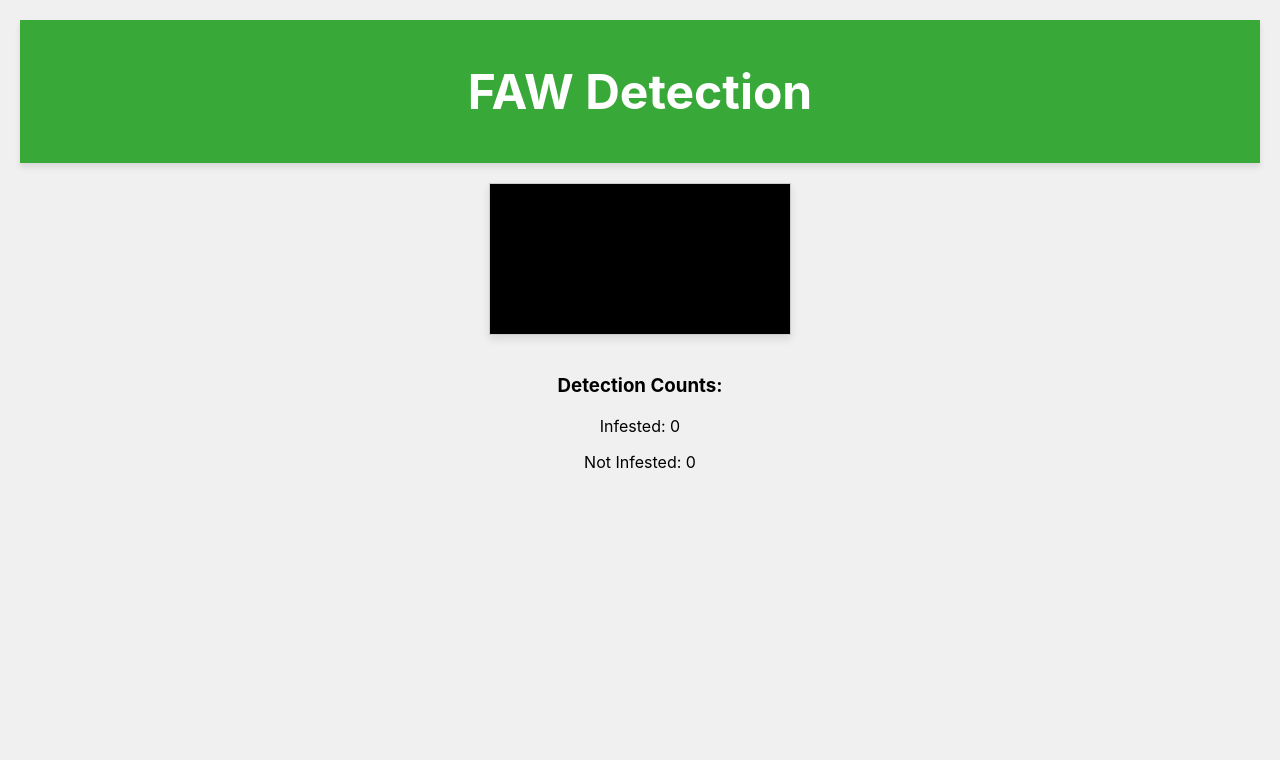
Repository: jansen223/faw-detection-main
Page: /
These files come from the project's save history. The page is drawn as it stood at one moment and after the next save; the edit follows.
The browser window is 1280 px wide. The pictures show the whole page.
The page's requests for data from a server got no answer. The project was rebuilt for these pictures with package versions that can differ from the ones it lists, and the page was loaded fresh each time. No one was signed in, and anything a server would have sent is missing.

Above is the page before, as saved 2025-04-09 23:43:31.

### public/index.html
<!DOCTYPE html>
<html lang="en">
<head>
  <meta charset="utf-8" />
  <link rel="icon" href="%PUBLIC_URL%/maize_icon.jpg" />
  <meta name="viewport" content="width=device-width, initial-scale=1" />
  <meta name="theme-color" content="#000000" />
  <meta name="description" content="FAW Detection Web Interface" />
  <title>FAW Detection</title>
</head>
<body>
  <noscript>You need to enable JavaScript to run this app.</noscript>
  <div id="root"></div>
</body>
</html>

### src/App.js
import React, { useEffect, useRef } from 'react';
import io from 'socket.io-client';
import './App.css';

function App() {
  const canvasRef = useRef(null);
  const socketRef = useRef(null);
  const [counts, setCounts] = React.useState({ infested: 0, notInfested: 0 });

  useEffect(() => {
    // Connect to Flask server
    socketRef.current = io('http://192.168.0.17:5000');

    // Handle video frames
    socketRef.current.on('video_frame', (data) => {
      console.log('Received video frame:', data);
      const img = new Image();
      img.src = `data:[embedded picture, 38 characters]

      img.onload = () => {
        const canvas = canvasRef.current;
        if (!canvas) {
          console.error('Canvas not found');
          return;
        }
        const ctx = canvas.getContext('2d');
        canvas.width = img.width;
        canvas.height = img.height;
        ctx.drawImage(img, 0, 0);
      };
    });

    // Handle detection counts
    socketRef.current.on('detection_counts', (data) => {
      setCounts({
        infested: data.infested_count,
        notInfested: data.not_infested_count
      });
    });

    return () => {
      if (socketRef.current) socketRef.current.disconnect();
    };
  }, []);

  return (
    <div className="App">
      <header className="App-header">
        <h1>FAW Detection</h1>
      </header>
      <canvas ref={canvasRef} style={{ maxWidth: '100%', border: '1px solid #ccc' }} />
      <div style={{ marginTop: 20 }}>
        <h3>Detection Counts:</h3>
        <p>Infested: {counts.infested}</p>
        <p>Not Infested: {counts.notInfested}</p>
      </div>
    </div>
  );
}

export default App;

### src/App.css
.App {
  text-align: center;
  background-color: #f0f0f0;
  min-height: 100vh;
  display: flex;
  flex-direction: column;
  align-items: center;
  padding: 20px;
}

canvas {
  box-shadow: 0 4px 8px rgba(0,0,0,0.1);
  background: black; /* Shows while loading */
  margin-top: 20px;
}

.stats {
  margin-top: 20px;
  padding: 15px;
  background: white;
  border-radius: 8px;
  box-shadow: 0 2px 4px rgba(0,0,0,0.1);
}

.App-logo {
  height: 40vmin;
  pointer-events: none;
}

@media (prefers-reduced-motion: no-preference) {
  .App-logo {
    animation: App-logo-spin infinite 20s linear;
  }
}

.App-header {
  background-color: rgba(9, 151, 9, 0.795);
  color: white;
  padding: 10px 20px;
  text-align: center;
  font-size: 1.5rem;
  font-weight: bold;
  box-shadow: 0 4px 6px rgba(0, 0, 0, 0.1);
  position: sticky;
  top: 0;
  z-index: 1000;
  width: 100%;
  box-sizing: border-box;
}

.App-link {
  color: #61dafb;
}

@keyframes App-logo-spin {
  from {
    transform: rotate(0deg);
  }
  to {
    transform: rotate(360deg);
  }
}

Loaded but not shown: src/index.js (common file); src/index.css (common file); src/reportWebVitals.js (common file)

After the next save:
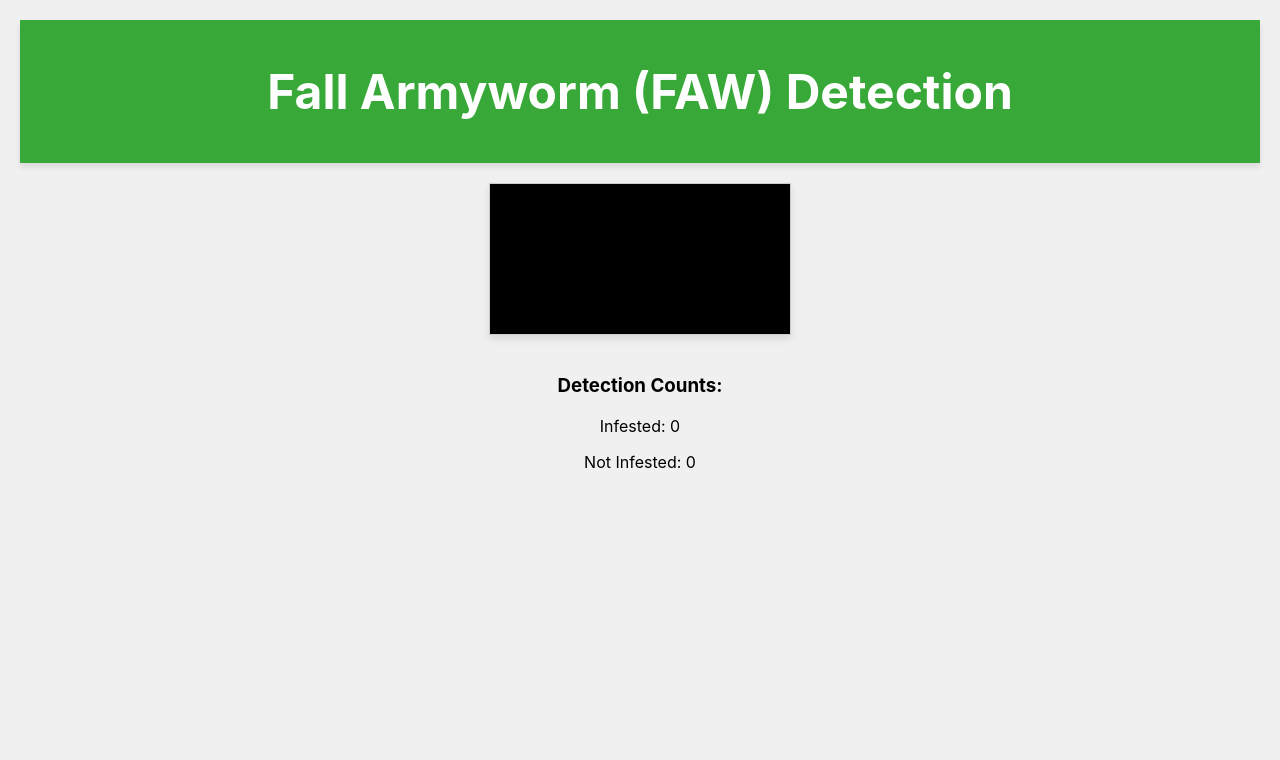
Saved 26 s later.
--- a/src/App.js
+++ b/src/App.js
@@ -46,7 +46,7 @@ function App() {
   return (
     <div className="App">
       <header className="App-header">
-        <h1>FAW Detection</h1>
+        <h1>Fall Armyworm (FAW) Detection</h1>
       </header>
       <canvas ref={canvasRef} style={{ maxWidth: '100%', border: '1px solid #ccc' }} />
       <div style={{ marginTop: 20 }}>
